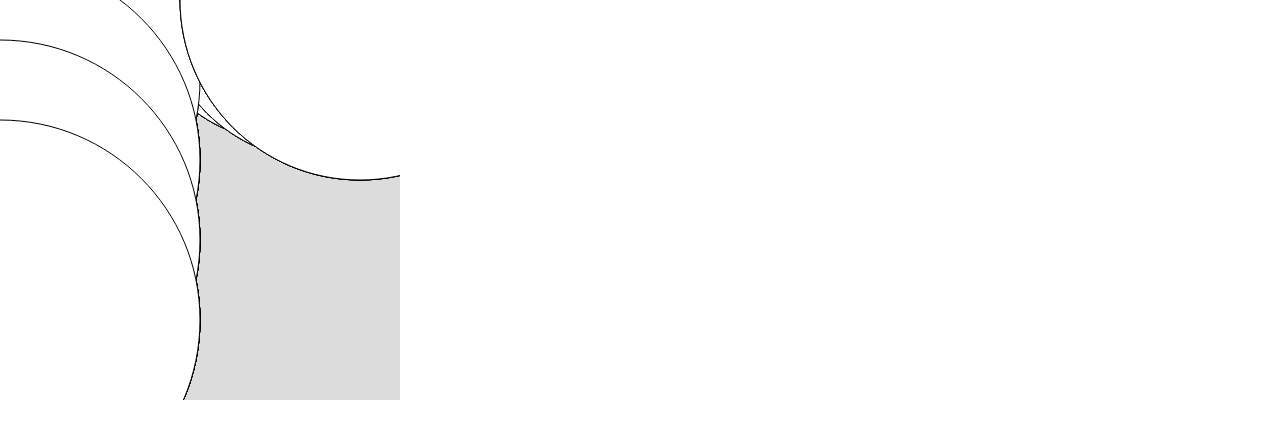
Repository: patriciqa/GenComp
Page: content/day02/pattern/index.html
These files come from the project's save history. The page is drawn as it stood at one moment and after the next save; the edit follows.
The browser window is 1280 px wide. The pictures show the whole page.

Above is the page before, as saved 2021-09-30 10:43:55.

### content/day02/pattern/sketch.js
function setup() {
	createCanvas(400, 400);
}

function draw() {
	background(220);
	//For (var BEGIN; END; INTERVAL){
	//DO SOMETHING }
	for (var x = 0; x < width; x += width / 10) {
		for (var y = 0; y < height; y += height / 5) {
			stroke(0);
			strokeWeight(1);
			circle(x, 0, x, 2);
			circle(0, y, width, y);
		}
	}
}

Loaded but not shown: content/day02/pattern/index.html (common file); content/day02/pattern/style.css (common file); content/day02/pattern/libraries/p5.min.js (library); content/day02/pattern/libraries/p5.sound.min.js (library)

After the next save:
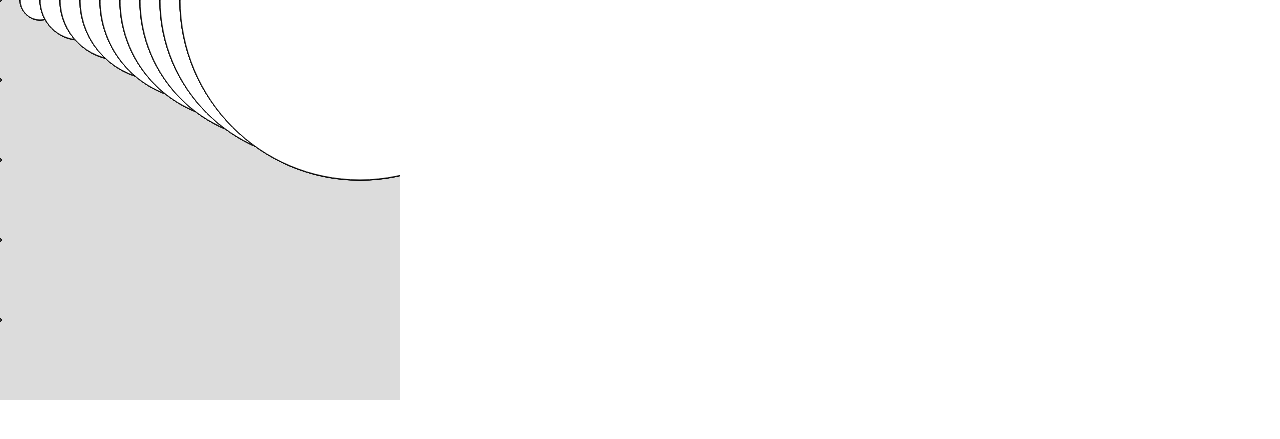
Saved 27 s later.
--- a/content/day02/pattern/sketch.js
+++ b/content/day02/pattern/sketch.js
@@ -11,7 +11,7 @@ function draw() {
 			stroke(0);
 			strokeWeight(1);
 			circle(x, 0, x, 2);
-			circle(0, y, width, y);
+			circle(0, y, 2, y);
 		}
 	}
 }
